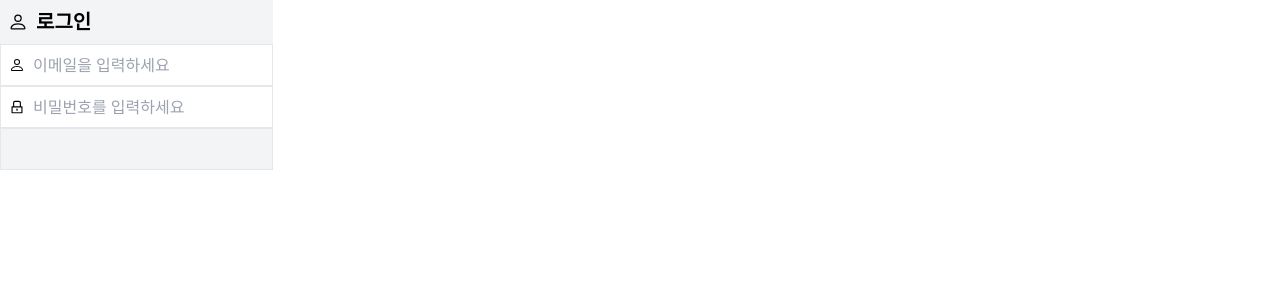
Repository: wanted-pre-onboarding-4/pre-onboarding-assignment-week-4-1-team-4
Page: /login (app in client/)
An editor plug-in stored every save of this project. The page is shown before and after a run of saves, followed by the edit.
The browser window is 1280 px wide. The pictures show the whole page.
The project was rebuilt for these pictures with package versions that can differ from the ones it lists, and the page was loaded fresh each time. Also part of the build but not shown: client/src/components/Footer.jsx, client/src/components/Header.jsx, client/src/components/Sider.jsx, client/src/components/Layout.jsx.

Above is the page before, as saved 2022-09-20 21:11:41.

After the next 3 saves:
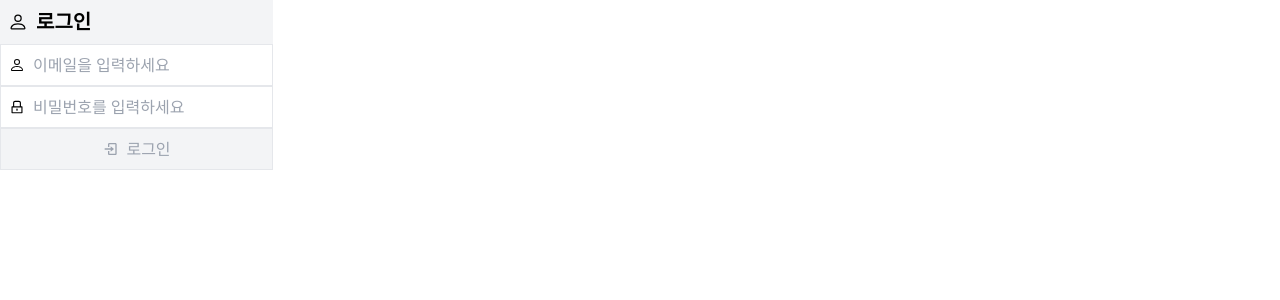
The 3 saves are shown as one change because they came seconds apart.
The last was saved 17 s later.
--- a/client/src/pages/login/Login.jsx
+++ b/client/src/pages/login/Login.jsx
@@ -19,7 +19,7 @@ const Login = () => {
           <AiOutlineLock />
           <input type="password" placeholder="비밀번호를 입력하세요" />
         </label>
-        <button className='flex items-center justify-center space-x-2 w-full border-solid border-[1px] p-2 disabled:text-gray-100 disabled:bg-gray-100' disabled={true}><BiLogIn/><span>로그인</span></button>
+        <button className='flex items-center justify-center space-x-2 w-full border-solid border-[1px] p-2 disabled:text-gray-400 disabled:bg-gray-100' disabled={true}><BiLogIn/><span>로그인</span></button>
       </form>
     </div>
   );
